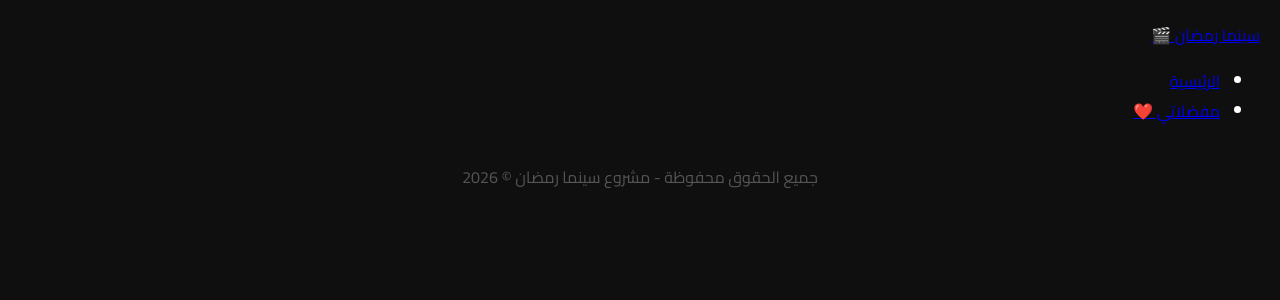
Repository: RAMADAN975/Arabic-Science-Hub
Page: /
These files come from the project's save history. The page is drawn as it stood at one moment and after the next save; the edit follows.
The browser window is 1280 px wide. The pictures show the whole page.
The project was rebuilt for these pictures with package versions that can differ from the ones it lists, and the page was loaded fresh each time. Also part of the build but not shown: vite.config.js, src/components/Pages/Watchlist.jsx, src/components/Pages/MovieDetails.jsx.

Above is the page before, as saved 2026-03-16 06:53:12.

### src/main.jsx
import { StrictMode } from 'react'
import { createRoot } from 'react-dom/client'
// import './index.css'
// import App from './App.jsx'
import { RouterProvider } from 'react-router-dom';
import router from '../router';
import './App.css'

createRoot(document.getElementById('root')).render(
  <StrictMode>
    <RouterProvider router={router} />
  </StrictMode>
)

### router.jsx
import { createBrowserRouter } from "react-router-dom";
import Home from "./src/components/Pages/Home";
import Layout from "./src/components/Layout";
import Watchlist from "./src/components/Pages/Watchlist";
import MovieDetails from "./src/components/Pages/MovieDetails";

const router = createBrowserRouter([
    {
        path: "/",
        element: <Layout />,
        children: [
            {
                path: "/",
                element: <Home />,
            },
            {
                path: "/movie/:id",
                element: <MovieDetails />,
            },
            {
                path: "/Watchlist",
                element: <Watchlist />,
            },
        ]
    }
])

export default router

### src/App.css
/* App.css */
@import url('https://fonts.googleapis.com/css2?family=Cairo:wght@400;600;800&display=swap');

:root {
  --primary-color: #e50914;
  /* أحمر نيتفليكس */
  --bg-dark: #0f0f0f;
  --card-bg: #1a1a1a;
  --text-main: #ffffff;
  --text-dim: #b3b3b3;
  --glass-bg: rgba(255, 255, 255, 0.05);
}

body {
  margin: 0;
  padding: 0;
  font-family: 'Cairo', sans-serif;
  background-color: var(--bg-dark);
  color: var(--text-main);
  direction: rtl;
  /* لضمان التنسيق العربي الصحيح */
}

.app-container {
  max-width: 1300px;
  margin: 0 auto;
  padding: 20px;
}

h1 {
  text-align: center;
  font-size: 3.5rem;
  font-weight: 800;
  background: linear-gradient(to bottom, #e50914, #91050b);
  -webkit-background-clip: text;
  -webkit-text-fill-color: transparent;
  margin-bottom: 40px;
}

/* تجميل شريط البحث - Glassmorphism */
.search-bar {
  display: flex;
  justify-content: center;
  gap: 10px;
  margin-bottom: 60px;
  background: var(--glass-bg);
  padding: 15px;
  border-radius: 50px;
  border: 1px solid rgba(255, 255, 255, 0.1);
  backdrop-filter: blur(10px);
}

.search-bar input {
  flex: 0.6;
  background: transparent;
  border: none;
  color: white;
  font-size: 1.2rem;
  padding: 10px 20px;
  outline: none;
}

.search-bar button {
  background: var(--primary-color);
  border: none;
  color: white;
  padding: 10px 40px;
  border-radius: 30px;
  font-weight: bold;
  cursor: pointer;
  transition: 0.4s;
}

.search-bar button:hover {
  background: #ff0f1a;
  box-shadow: 0 0 20px rgba(229, 9, 20, 0.5);
  transform: translateY(-2px);
}

/* تنسيق شبكة الأفلام */
.movies-grid {
  display: grid;
  grid-template-columns: repeat(auto-fill, minmax(220px, 1fr));
  gap: 40px;
}

/* تجميل بطاقة الفيلم */
.movie-card {
  position: relative;
  background: var(--card-bg);
  border-radius: 15px;
  overflow: hidden;
  transition: 0.5s all ease;
  border: 1px solid transparent;
}

.movie-card:hover {
  transform: scale(1.05) translateY(-10px);
  border-color: var(--primary-color);
  box-shadow: 0 15px 40px rgba(0, 0, 0, 0.8);
}

.movie-card img {
  width: 100%;
  height: 330px;
  object-fit: cover;
}

.movie-card .info {
  padding: 15px;
  background: linear-gradient(to top, rgba(0, 0, 0, 0.9), transparent);
  position: absolute;
  bottom: 0;
  width: 100%;
}

.movie-card h3 {
  margin: 0;
  font-size: 1rem;
  white-space: nowrap;
  overflow: hidden;
  text-overflow: ellipsis;
}

.movie-card p {
  color: var(--primary-color);
  font-weight: bold;
  margin: 5px 0 0;
}

/* صفحة التفاصيل - تجربة سينمائية */
.movie-detail-page {
  animation: fadeIn 0.8s ease-in;
}

.detail-content {
  display: grid;
  grid-template-columns: 1fr 2fr;
  gap: 50px;
  margin-top: 30px;
}

@keyframes fadeIn {
  from {
    opacity: 0;
    transform: translateY(20px);
  }

  to {
    opacity: 1;
    transform: translateY(0);
  }
}

@media (max-width: 768px) {
  .detail-content {
    grid-template-columns: 1fr;
  }

  .search-bar input {
    flex: 1;
  }
}

### src/components/Pages/Home.jsx



import React, { useEffect, useState } from "react";

// API Configuration
const API_URL = 'https://www.omdbapi.com/?apikey=2a308efb';

export default function Home() {

    // State for storing movies from API
    const [movies, setMovies] = useState([]);
    // State for handling loading status
    const [loading, setLoading] = useState(false);
    // State for managing the watchlist (Favorites)
    const [watchlist, setWatchlist] = useState([]);

    // Load watchlist from LocalStorage when the component starts
    useEffect(() => {
        const savedData = JSON.parse(localStorage.getItem('watchlist')) || [];
        setWatchlist(savedData);
    }, []);

    // Main function to fetch movies based on search term
    const searchMovies = async (title) => {
        setLoading(true); // Start loading
        const response = await fetch(`${API_URL}&s=${title}`);
        const data = await response.json();

        if (data.Search) {
            setMovies(data.Search); // Save results if found
        }
        setLoading(false); // Stop loading
    };

    // Function to handle adding or removing favorites
    const toggleFavorite = (movie) => {
        let updatedList
        const isExist = watchlist.find((m) => m.imdbID === movie.imdbID)

        if (isExist) {
            updatedList = watchlist.filter((m) => m.imdbID !== movie.imdbID)
        } else {
            updatedList = [...watchlist, movie]
        }

        setWatchlist(updatedList)
        localStorage.setItem("watchlist", JSON.stringify(updatedList))
    }

    return (
        <div>

        </div>
    )
}

### src/components/Layout.jsx
import Navbar from "./Navbar";
import { Outlet } from "react-router-dom";

export default function Layout() {
    return (
        <div className="app-container">
            <Navbar />

            <main>
                <Outlet />
            </main>

            <footer style={{
                textAlign: "center",
                padding: "20px",
                color: "#555",
            }}>
                جميع الحقوق محفوظة - مشروع سينما رمضان © 2026
            </footer>
        </div>
    )
}

### src/components/Navbar.jsx
import { Link } from "react-router-dom";

export default function Navbar() {
    return (
        // Main navigation container
        <nav className="navbar">

            {/* Website Logo - Clicking it returns user to Home */}
            <div className="nav-logo">
                <Link to="/">سينما رمضان 🎬</Link>
            </div>

            {/* Navigation Links List */}
            <ul className="nav-links">

                {/* Link to Home Page */}
                <li>
                    <Link to="/">الرئيسية</Link>
                </li>

                {/* Link to My Watchlist Page */}
                <li>
                    <Link to="/watchlist">مفضلاتي ❤️</Link>
                </li>

            </ul>
        </nav>
    )
}

### src/components/Search.jsx
import { useState } from "react";

// This component handles the search input from the user
export default function Search({ onSearch }) {

    // Local state to store the text being typed by the user
    const [term, setTerm] = useState('');

    // Function to handle form submission
    const handleSubmit = (e) => {
        e.preventDefault(); // Prevent page reload
        if (term.trim()) {
            onSearch(term); // Send the search term to the parent component (Home)
        }
    };
    return (
        <section className="search-seaction">
            <form onSubmit={handleSubmit} className="search-form">
                <input
                    type="text"
                    placeholder="ابحث عن فيلمك المفضل..."
                    value={term}
                    // Update local state as the user types
                    onChange={(e) => setTerm(e.target.value)}
                />
                <button type="submit">بحث</button>
            </form>
        </section>
    )
}

After the next save:
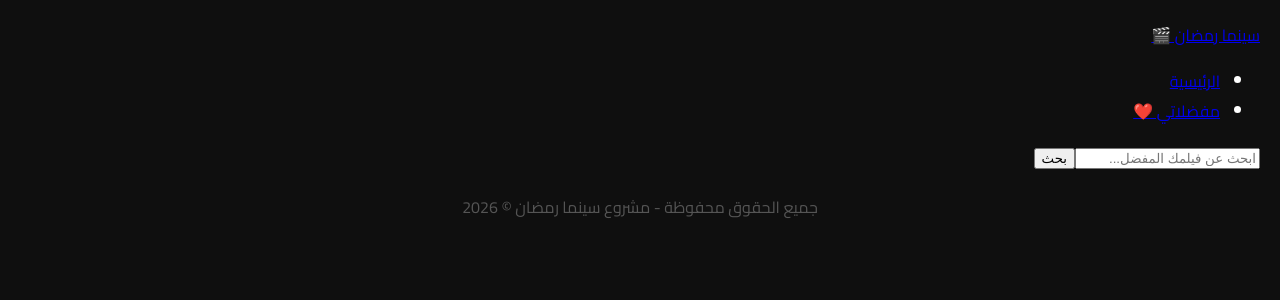
Saved 71 s later.
--- a/src/components/Pages/Home.jsx
+++ b/src/components/Pages/Home.jsx
@@ -2,6 +2,7 @@
 
 
 import React, { useEffect, useState } from "react";
+import Search from "../Search";
 
 // API Configuration
 const API_URL = 'https://www.omdbapi.com/?apikey=2a308efb';
@@ -49,8 +50,12 @@ export default function Home() {
     }
 
     return (
-        <div>
+        // The main container for the home page
+        <div className="home-page">
 
+            <Search
+                onSearch={searchMovies}
+            />
         </div>
     )
 }
